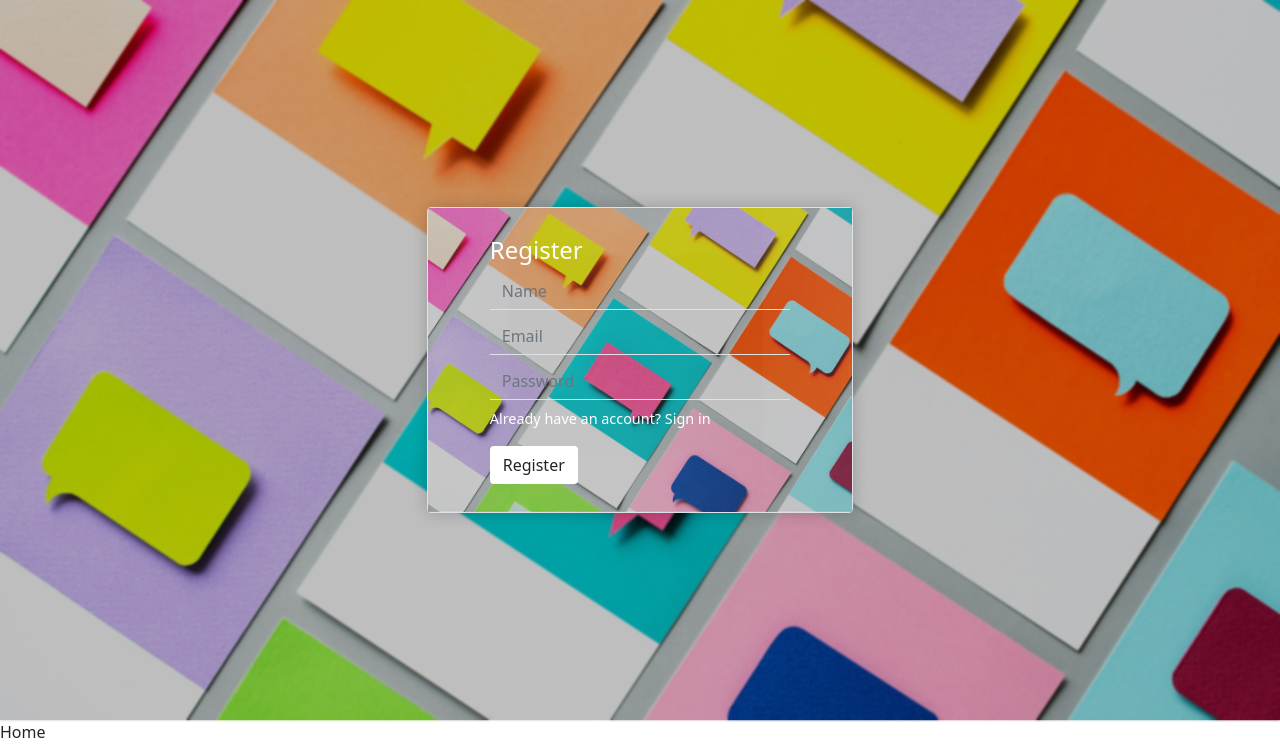
Repository: SaudCh/React-login
Page: /register
An editor plug-in stored every save of this project. The page is shown before and after the next save, followed by the edit.
The browser window is 1280 px wide. The pictures show the whole page.
The project was rebuilt for these pictures with package versions that can differ from the ones it lists, and the page was loaded fresh each time. Also part of the build but not shown: src/Components/Login/logincss.js, src/Components/Login/loginValidation.js, src/Components/Login/Login.jsx.

Above is the page before, as saved 2022-02-06 13:45:42.

### src/App.js
import Login from './Components/Login/Login';
import Register from './Components/Register/Register'
import '../node_modules/bootstrap/dist/css/bootstrap.min.css'
import { Routes, Route } from 'react-router-dom'
import Home from './Components/Home/Home';

function App() {
  return (
    <>
      <Routes>
        <Route path="/login" element={<Login />} />
        <Route path="/register" element={<Register />} />
      </Routes>
      <Routes>
        <Route path="/" element={<Home />} />
        <Route path="*" element={<Home />} />
      </Routes >
    </>
  );
}

export default App;

### src/Components/Register/Register.jsx
import React, { useState } from "react";
import "./Register.css";
import { formStyle } from "./RegsiterCss";
import axios from "axios";
import { registrationValidation } from "./RegisterValidation";
import { Link } from "react-router-dom";

export default function Register() {
  const [name, setName] = useState();
  const [email, setEmail] = useState();
  const [password, setPassword] = useState();
  const [error, setError] = useState("");

  const formSubmit = (e) => {
    setError("");
    e.preventDefault();
    const data = {
      name: name,
      email: email,
      password: password,
    };

    const errors = registrationValidation(data);

    console.log(Object.keys(errors).length);

    if (Object.keys(errors).length !== 0) {
      setError(errors);
      return;
    }

    axios
      .post("http://localhost:5000/api/user/register", data)
      .then(function (response) {
        console.log(response);
      })
      .catch(function (error) {
        let err;
        if (error.response) {
          err = error.response.data.message;
        } else if (error.request) {
          err = error.toJSON().message;
        } else {
          err = error.message;
        }
        setError({ api: err });
      });
  };

  return (
    <div>
      <div className="container-fluid">
        <div className="row background-image">
          <div className="col-10 col-md-4 background-text border rounded">
            <form onSubmit={formSubmit} className="col-9">
              {error.api && <p className="text-danger p-0 m-0">{error.api}</p>}
              <div className="my-2">
                <h4 className="text-white">Register </h4>
              </div>
              <div className="my-2">
                <input
                  type="text"
                  style={formStyle}
                  value={name}
                  onChange={(name) => setName(name.target.value)}
                  className="form-control border-bottom hlo"
                  id="name"
                  placeholder="Name"
                />
                {error.name && (
                  <p className="text-danger p-0 m-0">{error.name}</p>
                )}
              </div>
              <div className="form-group my-2">
                <input
                  style={formStyle}
                  value={email}
                  onChange={(email) => setEmail(email.target.value)}
                  type="email"
                  class="form-control border-bottom"
                  id="email"
                  placeholder="Email"
                />
                {error.email && (
                  <p className="text-danger p-0 m-0">{error.email}</p>
                )}
              </div>
              <div className="form-group my-2">
                <input
                  style={formStyle}
                  value={password}
                  onChange={(password) => setPassword(password.target.value)}
                  type="password"
                  class="form-control border-bottom"
                  id="password"
                  placeholder="Password"
                />
                {error.password && (
                  <p className="text-danger p-0 m-0">{error.password}</p>
                )}
              </div>
              <div className="my-2">
                <div>
                  <p className="text-white" style={{ fontSize: "0.9rem" }}>
                    Already have an account?{" "}
                    <Link
                      to="/login"
                      class="text-white"
                      style={{ textDecoration: "none" }}
                    >
                      Sign in
                    </Link>
                  </p>
                </div>
                <button className="btn" style={{ backgroundColor: "white" }}>
                  Register
                </button>
              </div>
            </form>
          </div>
        </div>
      </div>
    </div>
  );
}

### src/Components/Login/Login.css
:root {
  --primary: rgba(254, 113, 145, 0.4);
  --secondary: rgba(255, 133, 133, 0.4);
}
.login-background-image {
  height: 100vh;
  width: 100vw;

  background: linear-gradient(to top right, var(--primary), var(--secondary)),
    url("../Images/back.jpg") no-repeat center center / cover;
}

.login-btn {
  width: 100%;
  border: none;
  border-radius: 25px;
  padding: 5px 0;
  color: white;
  background: linear-gradient(
    to right,
    rgb(254, 113, 145),
    rgb(255, 133, 133)
  );
}

input:hover,
input:active,
input:focus,
input:-webkit-autofill {
  outline: 0px !important;
  -webkit-appearance: none;
  box-shadow: none !important;
}
input:-webkit-autofill,
input:-webkit-autofill:focus {
  transition: background-color 600000s 0s, color 600000s 0s;
}

### src/Components/Register/Register.css
.background-image {
  background-image: linear-gradient(rgba(0, 0, 0, 0.2), rgba(0, 0, 0, 0.2)),
    url("../Images/back.jpg");
  background-position: center;
  background-repeat: no-repeat;
  background-size: cover;

  height: 100vh;
  justify-content: center;
  align-items: center;

  position: relative;
  z-index: 1;
}
.background-image::before {
  content: "";
  position: absolute;
  background: inherit;
  top: 0;
  bottom: 0;
  left: 0;
  right: 0;
  filter: blur(1px);
  z-index: -1;
}

.background-text {
  padding: 20px 0px;
  display: flex;
  justify-content: center;
  align-items: center;

  box-shadow: 0 0 1rem 0 rgba(0, 0, 0, 0.2);
  position: relative;
  background: inherit;
  z-index: 1;
}
.background-text::before {
  content: "";
  position: absolute;
  background: inherit;
  top: 0;
  bottom: 0;
  left: 0;
  right: 0;
  box-shadow: inset 0 0 2000px rgba(255, 255, 255, 0.3);
  /* filter: blur(1px); */
  z-index: -1;
}

input:hover,
input:active,
input:focus,
input:-webkit-autofill {
  outline: 0px !important;
  -webkit-appearance: none;
  box-shadow: none !important;
}
input:-webkit-autofill,
input:-webkit-autofill:focus {
  transition: background-color 600000s 0s, color 600000s 0s;
}

### src/Components/Register/RegsiterCss.js
export const formStyle = {
    backgroundColor: "transparent",
    color: "white",
    border: "none",
    borderRadius: 0,
};

### src/Components/Register/RegisterValidation.js
export const registrationValidation = (data) => {
    let errors = {};

    if (!data.name) {
        errors.name = "Name is Required."
    }
    if (!data.email) {
        errors.email = "Email Is Required."
    }
    else if (!/\S+@\S+\.\S+/.test(data.email)) {
        errors.email = "Invalid Email"
    }
    if (!data.password) {
        errors.password = "Password is required."
    }
    else if (data.password.length < 6) {
        errors.password = "Password Must be more than Six Characters"
    }
    return errors;

}

Loaded but not shown: public/index.html (common file); src/index.js (common file); src/index.css (common file); src/reportWebVitals.js (common file); src/Components/Home/Home.jsx (common file)

After the next save:
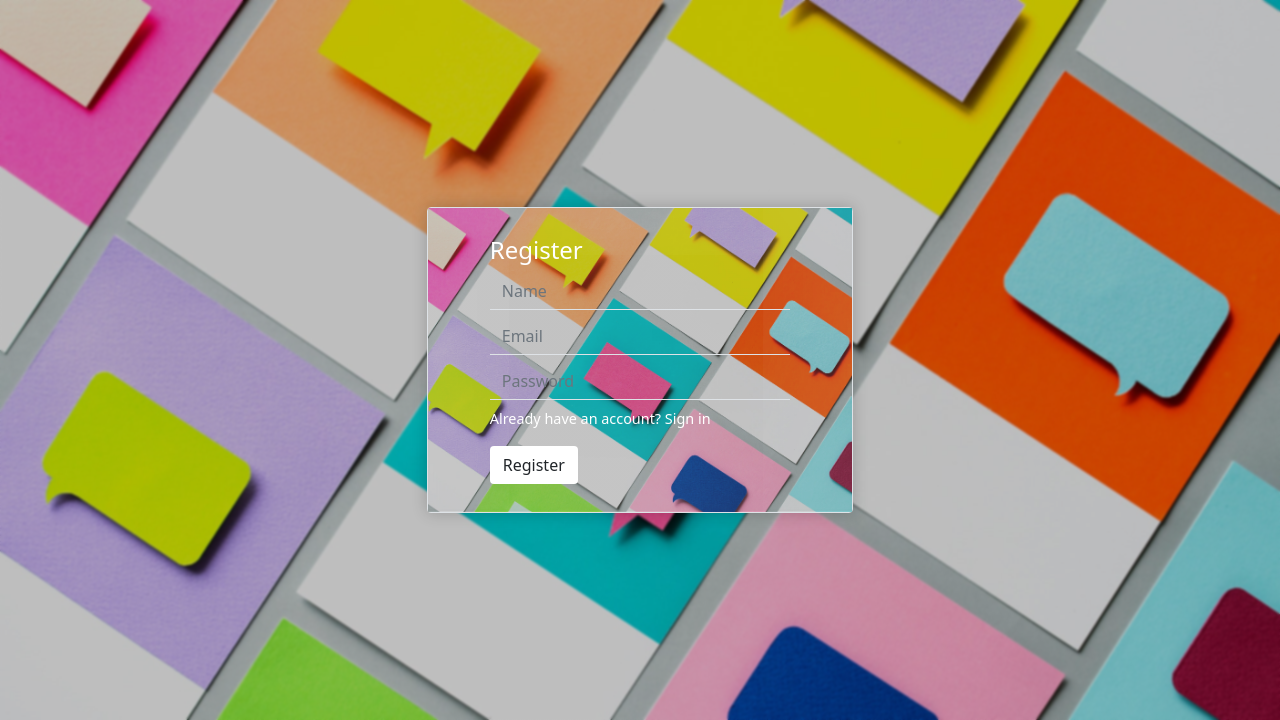
Saved 68 s later.
--- a/src/App.js
+++ b/src/App.js
@@ -10,8 +10,6 @@ function App() {
       <Routes>
         <Route path="/login" element={<Login />} />
         <Route path="/register" element={<Register />} />
-      </Routes>
-      <Routes>
         <Route path="/" element={<Home />} />
         <Route path="*" element={<Home />} />
       </Routes >
